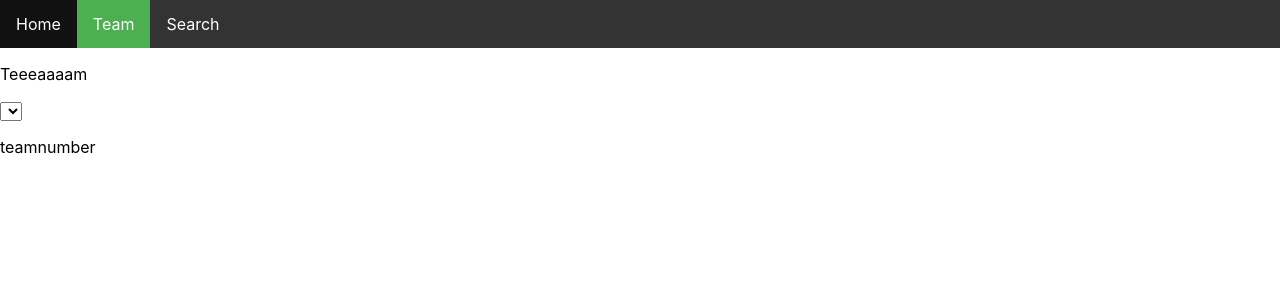
Repository: cph-ms782/SemesterProjekt_Frontend
Page: /#/team (app in 3SemFront/)
The author's editor kept a copy of each file at every save. The page is drawn from the files as they stood at one save, then again after the next save.
The browser window is 1280 px wide. The pictures show the whole page.
The project was rebuilt for these pictures with package versions that can differ from the ones it lists, and the page was loaded fresh each time. Also part of the build but not shown: 3SemFront/src/components/Home.js, 3SemFront/src/components/UserInfo.js, 3SemFront/src/components/AllAboutTeam.js, 3SemFront/src/components/Search.js.

Above is the page before, as saved 2019-11-19 14:46:46.

After the next save:
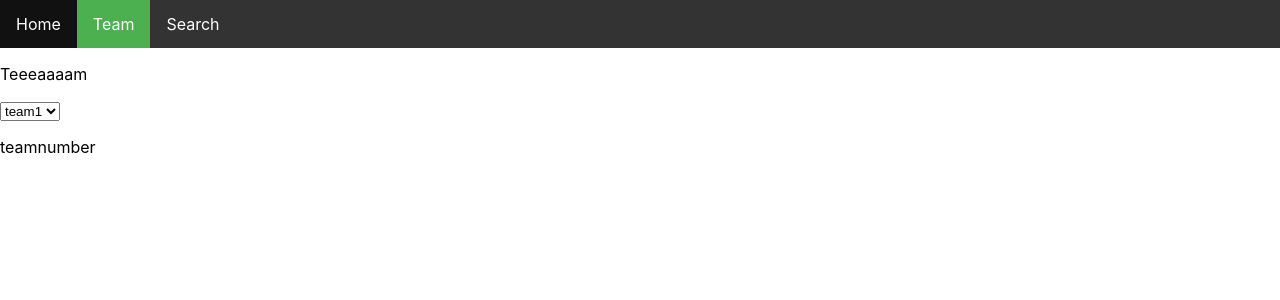
Saved 71 s later.
--- a/3SemFront/src/components/Team.js
+++ b/3SemFront/src/components/Team.js
@@ -8,7 +8,7 @@ function Team() {
       <p>Teeeaaaam</p>
       <select name="Teams">
         {teams.map(team => {
-          return <a href="#">{team}</a>;
+          return <option>{team}</option>;
         })}
       </select>
     </div>
